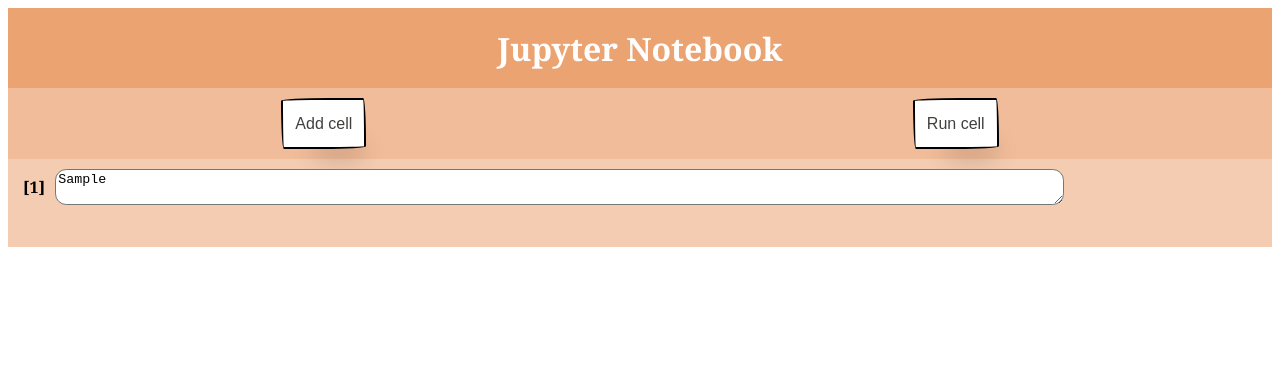
Repository: lingzi-liu/jupyter_notebook_prototype
Page: http://localhost/
The author's editor kept a copy of each file at every save. The page is drawn from the files as they stood at one save, then again after the next save.
The browser window is 1280 px wide. The pictures show the whole page.
Empty fields were first filled with sample values (such as "Sample", 5 or name@example.com).
After loading, the first visible `button` was clicked once.
The page is served by the project's application, run on Flask 3 (app.py).

Above is the page before, as saved 2022-11-13 03:41:38.
Console error: TypeError: Cannot read properties of null (reading 'insertAdjacentHTML')

After the next save:
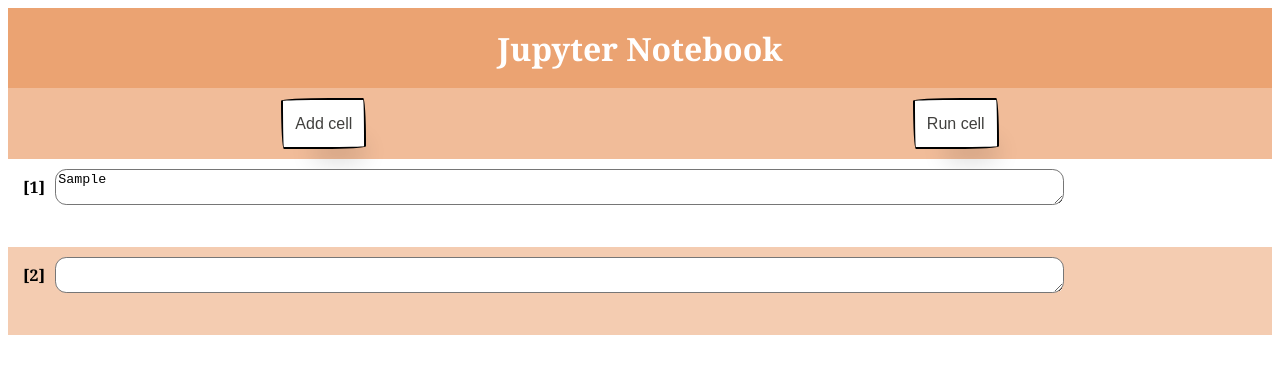
The error is gone.
Saved 54 s later.
--- a/static/scripts/script.js
+++ b/static/scripts/script.js
@@ -31,7 +31,7 @@
 
 function addCell() {
     maxCellNumber++;
-    cellList = document.getElementById("cellList");
+    cellList = document.getElementById("cell-list");
     cellList.insertAdjacentHTML('beforeend',
         `<div class="cell" id="${maxCellNumber}" onclick="selecteCell(this)">
             <h4>[${maxCellNumber}]</h4>
